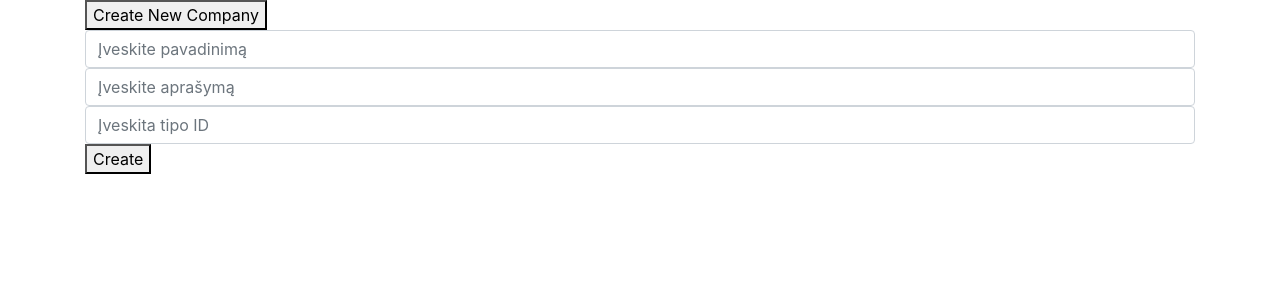
Repository: motiejus1/16-paskaita-PHP-05.31
Page: http://localhost/companies.php
The author's editor kept a copy of each file at every save. The page is drawn from the files as they stood at one save, then again after the next save.
The browser window is 1280 px wide. The pictures show the whole page.
Some web libraries are served in a nearby version. The page is run by PHP 8.4 with error messages shown; the project is at /var/www/html/. Queries for data that is not in the repository find no rows.

Above is the page before, as saved 2021-09-09 18:43:10.
Console error: TypeError: Cannot read properties of null (reading 'addEventListener')

### companies.php
<?php require_once("connection.php"); ?>

<!DOCTYPE html>
<html lang="lt">
<head>
    <meta charset="UTF-8">
    <meta http-equiv="X-UA-Compatible" content="IE=edge">
    <meta name="viewport" content="width=device-width, initial-scale=1.0">
    <title>Companies</title>

    <?php require_once("includes.php"); ?>

</head>
<body>
    <div class="container">

        <?php
        //sukurti mygtuka, kuris iskleistu imoniu pridejimo forma ir ta forma naudodama AJAX pridetu nauja imone
        //bei ja parodytu lenteleje
        ?>

        <button id="company_create">Create New Company</button>

        <div class="companyForm">
            <input  id="pavadinimas" class="form-control" placeholder="Įveskite pavadinimą" />
            <input id="aprasymas" class="form-control" placeholder="Įveskite aprašymą" />
            <input id="tipas_id" class="form-control" placeholder="Įveskita tipo ID" />

            <button id="createCompany">Create</button>
        </div>


        <table class="table table-striped">
            <?php

            $sql = "SELECT imones.ID, imones.pavadinimas AS imones_pavadinimas, imones.aprasymas AS imones_aprasymas, imones_tipas.pavadinimas AS imones_tipas_pavadinimas, imones_tipas.aprasymas AS imones_tipas_aprasymas
            FROM `imones`
            LEFT JOIN imones_tipas ON imones.tipas_ID = imones_tipas.ID
            WHERE 1
            ORDER BY imones.ID DESC";

            $result = $conn->query($sql);

            while($companies = mysqli_fetch_array($result)) {
                echo "<tr>";
                    echo "<td>".$companies["ID"]."</td>";
                    echo "<td>".$companies["imones_pavadinimas"]."</td>";
                    echo "<td>".$companies["imones_aprasymas"]."</td>";
                    echo "<td>".$companies["imones_tipas_pavadinimas"]."</td>";
                    echo "<td>".$companies["imones_tipas_aprasymas"]."</td>";
                echo "</tr>";
            }

            ?>

        </table>
    </div>


    <script src="script.js"></script>
</body>
</html>

### connection.php
<?php

$database_server = 'localhost';
$database_username = 'root';
$database_password = '';
$database_name = 'klientuvaldymosistema';

// Create connection using mysqli_connect()
$conn = mysqli_connect($database_server, $database_username, $database_password, $database_name);

// If $conn is false, connection is failed
if (!$conn ) {
  die("Failed to connect to MySQL: " . mysqli_connect_error());
}

mysqli_set_charset($conn,"utf8");
// else {
    // echo "Prisijungimas ivyko sekmingai";
// }

?>

### includes.php
<?php

//Mums prireike biblioteku, ir mes jau susikurem 25 puslapius
echo '


<link rel="stylesheet" href="https://maxcdn.bootstrapcdn.com/bootstrap/4.0.0/css/bootstrap.min.css" integrity="sha384-Gn5384xqQ1aoWXA+058RXPxPg6fy4IWvTNh0E263XmFcJlSAwiGgFAW/dAiS6JXm" crossorigin="anonymous">
<script src="https://code.jquery.com/jquery-3.2.1.min.js"></script>
<script src="https://cdnjs.cloudflare.com/ajax/libs/popper.js/1.12.9/umd/popper.min.js" integrity="sha384-ApNbgh9B+Y1QKtv3Rn7W3mgPxhU9K/ScQsAP7hUibX39j7fakFPskvXusvfa0b4Q" crossorigin="anonymous"></script>
<script src="https://maxcdn.bootstrapcdn.com/bootstrap/4.0.0/js/bootstrap.min.js" integrity="sha384-JZR6Spejh4U02d8jOt6vLEHfe/JQGiRRSQQxSfFWpi1MquVdAyjUar5+76PVCmYl" crossorigin="anonymous"></script>

';
?>

### action.php
<?php require_once("connection.php"); ?>

<?php


    $sql = "SELECT * FROM klientai
    WHERE 1
    ORDER BY klientai.ID DESC
    LIMIT 50
    ";

    $result = $conn->query($sql);// uzklausos vykdymas
    echo "<table class='table table-striped'>";
    while($clients = mysqli_fetch_array($result)) {
        echo "<tr>";
        echo "<td>". $clients["ID"]. "</td>";
        echo "<td>". $clients["vardas"]. "</td>";
        echo "<td>". $clients["pavarde"]. "</td>";
        echo "<td>". $clients["teises_id"]. "</td>";
        echo "</tr>";
    }
    echo "</table>";

?>

### script.js
"use strict";


//tas mygtukas paspaudimo metu isvestu informacija
//i console log


// Klientus

// document.querySelector("#show").addEventListener("click", function() {
    // console.log("Mygtukas paspaustas");
function showClients() {
    var xhttp = new XMLHttpRequest(); //objektas

    xhttp.onreadystatechange = function() {
        if(this.readyState == 4 && this.status == 200) {
            document.querySelector("#output").innerHTML = this.responseText; //
        }
    };

    xhttp.open("POST", "action.php", true);
    xhttp.send();
}

showClients();

// });

document.querySelector("#create").addEventListener("click", function() {

var clientForm = document.querySelector("#clientForm");
clientForm.classList.toggle("d-none");
// jeigu paslepta - atsiranda
// jeigu matoma - pasislepia

document.querySelector("#vardas").value = "";
document.querySelector("#pavarde").value = "";
document.querySelector("#teises_id").value = "";

});

document.querySelector("#createClient").addEventListener("click", function() {
    var vardas = document.querySelector("#vardas").value;
    var pavarde = document.querySelector("#pavarde").value;
    var teises_id =  document.querySelector("#teises_id").value;

    //ajax uzklausa
    var xhttp = new XMLHttpRequest(); //objektas

    xhttp.onreadystatechange = function() {
        if(this.readyState == 4 && this.status == 200) {
            document.querySelector("#alert-space").innerHTML = this.responseText; //
        }
    };
    //???????
    xhttp.open("GET", "addClient.php?vardas=" + vardas + "&pavarde=" + pavarde + "&teises_id=" + teises_id, true);

    xhttp.send();

    //paims ir atliks atvaizdavimo uzklausa?

    showClients();


    // document.querySelector("#output").innerHTML = vardas + " " + pavarde + " " + teises_id;
});

//Kompanijas

document.querySelector("#company_create").addEventListener("click", function() {



});

After the next save:
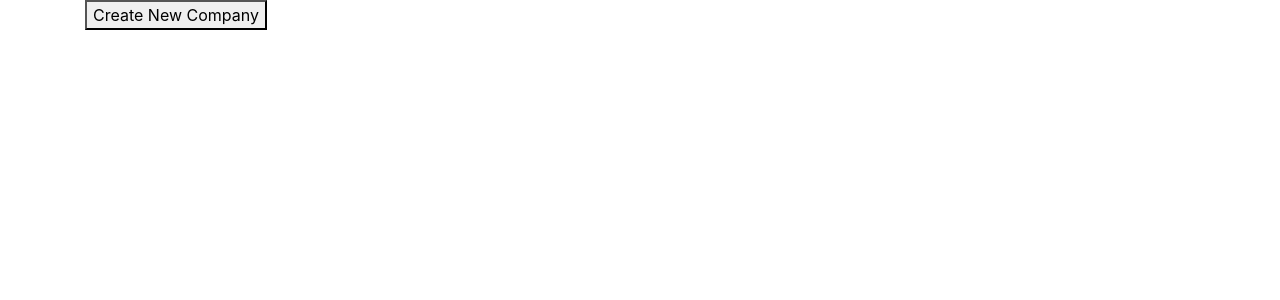
Saved 105 s later.
--- a/companies.php
+++ b/companies.php
@@ -21,7 +21,7 @@
 
         <button id="company_create">Create New Company</button>
 
-        <div class="companyForm">
+        <div class="companyForm d-none">
             <input  id="pavadinimas" class="form-control" placeholder="Įveskite pavadinimą" />
             <input id="aprasymas" class="form-control" placeholder="Įveskite aprašymą" />
             <input id="tipas_id" class="form-control" placeholder="Įveskita tipo ID" />
